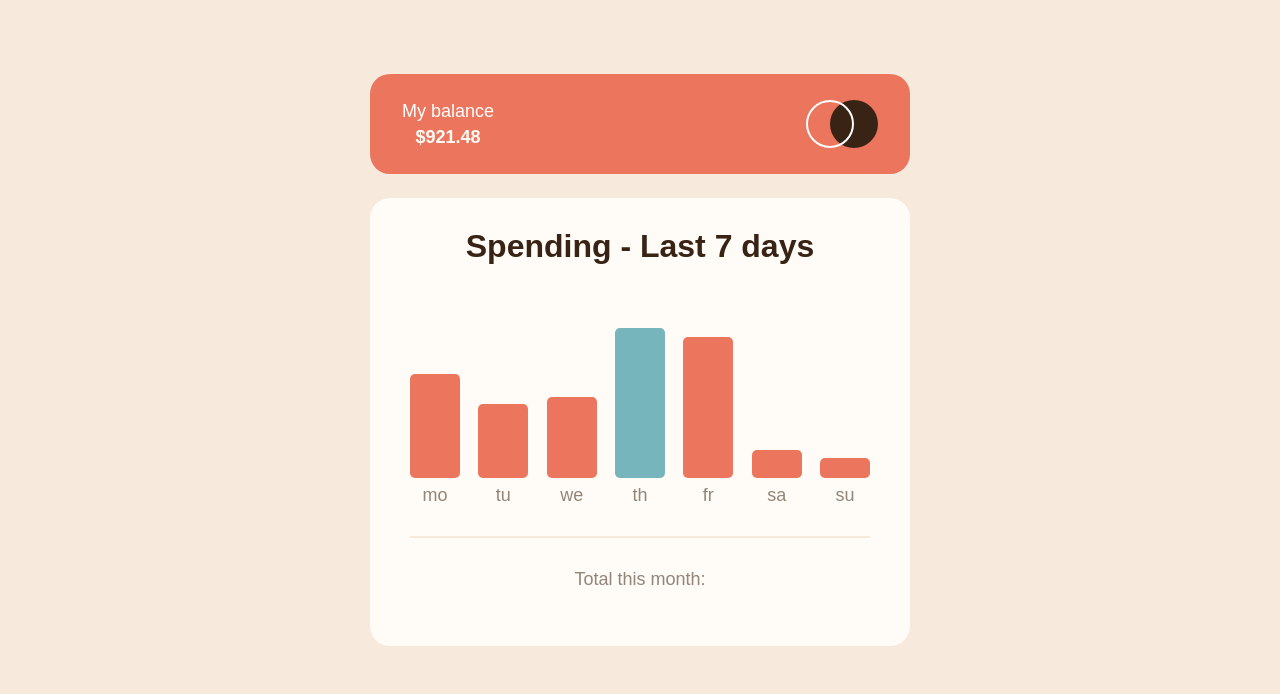
Repository: usmanov16/6-oy-2-dars-
Page: /
The author's editor kept a copy of each file at every save. The page is drawn from the files as they stood at one save, then again after a run of saves.
The browser window is 1280 px wide. The pictures show the whole page.
The project was rebuilt for these pictures with package versions that can differ from the ones it lists, and the page was loaded fresh each time. Also part of the build but not shown: vite.config.js.

Above is the page before, as saved 2025-08-28 19:01:28.

After the next 2 saves:
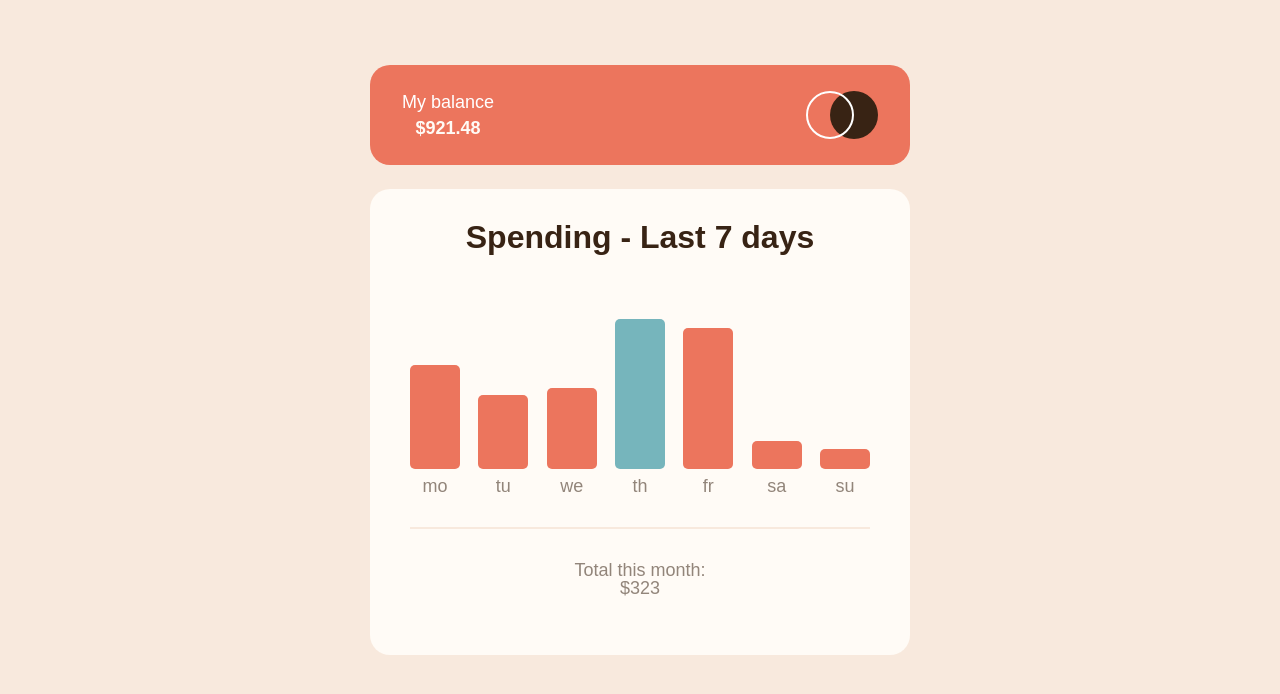
The 2 saves are shown as one change because they came seconds apart.
The last was saved 6 s later.
--- a/src/components/CardBottom.jsx
+++ b/src/components/CardBottom.jsx
@@ -81,7 +81,7 @@ function CardBottom() {
       <div className='flex flex-col'>
       <span className="bg-cream w-[460px] h-0.5 mb-8"></span>
       <span className="text-medium-brown font-normal leading-[1] ">Total this month:</span>
-      <span className=''></span>
+      <span className=''>${total}</span>
       <br />
       </div>
     </div>
